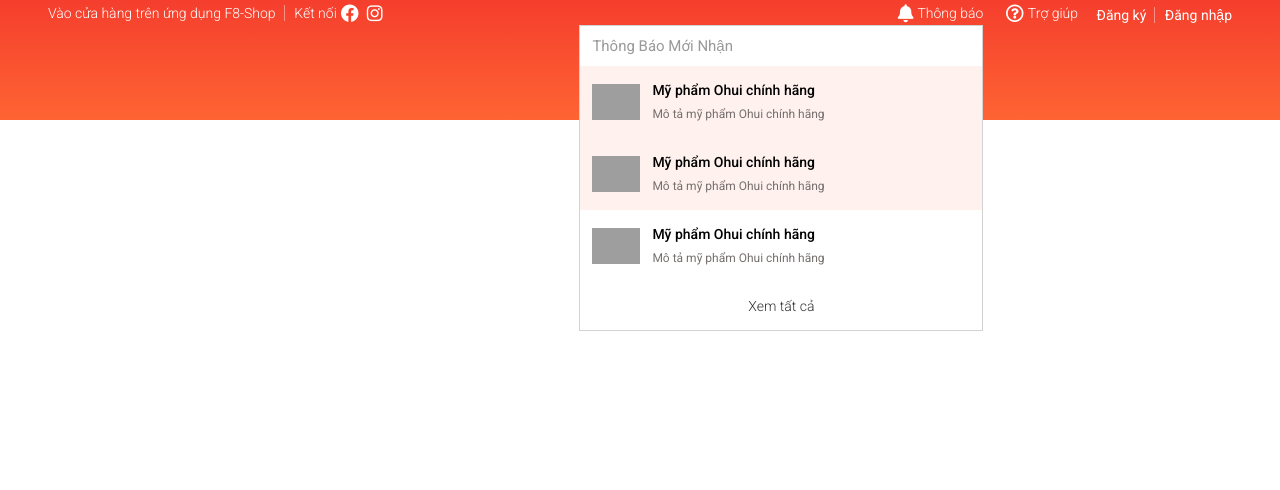
Repository: huynhnhan112/Shopee_Homepage
Page: index.html
These files come from the project's save history. The page is drawn as it stood at one moment and after the next save; the edit follows.
The browser window is 1280 px wide. The pictures show the whole page.
Pictures or frames that could not be fetched are drawn as grey boxes.

Above is the page before, as saved 2021-11-18 23:26:43.

### index.html
<!DOCTYPE html>
<html lang="en">

<head>
    <meta charset="UTF-8">
    <meta http-equiv="X-UA-Compatible" content="IE=edge">
    <meta name="viewport" content="width=device-width, initial-scale=1.0">
    <link rel="stylesheet" href="https://cdnjs.cloudflare.com/ajax/libs/normalize/8.0.1/normalize.min.css"
        integrity="sha512-NhSC1YmyruXifcj/KFRWoC561YpHpc5Jtzgvbuzx5VozKpWvQ+4nXhPdFgmx8xqexRcpAglTj9sIBWINXa8x5w=="
        crossorigin="anonymous" referrerpolicy="no-referrer" />
    <link rel="preconnect" href="https://fonts.googleapis.com">
    <link rel="preconnect" href="https://fonts.gstatic.com" crossorigin>
    <link href="https://fonts.googleapis.com/css2?family=Roboto:wght@100;300;400;500;700&display=swap" rel="stylesheet">
    <link rel="stylesheet" href="./assets/fonts/fontawesome-free-5.15.4/fontawesome-free-5.15.4-web/css/all.min.css">
    <link rel="stylesheet" href="./assets/css/base.css">
    <link rel="stylesheet" href="./assets/css/style.css">
    <title>F8 - Shop</title>
</head>

<body>
    <div class="app">
        <header class="header">
            <div class="grid">
                <nav class="header__navbar">
                    <ul class="header__navbar-list">
                        <li class="header__navbar-item header__navbar-item--qr header__navbar-item--separate">Vào cửa hàng trên ứng dụng F8-Shop
                            <div class="header__qr">
                                <img src="./assets/img/qr_code.png" alt="QR code" class="header__qr-img">
                                <div class="header__qr-apps">
                                    <a href="" class="header__qr-link">
                                        <img src="./assets/img/google_play.png" alt="Google Play" class="header__qr-download">
                                    </a>
                                    <a href="" class="header__qr-link">
                                        <img src="./assets/img/app_store.png" alt="App Store" class="header__qr-download">
                                    </a>
                                </div>
                            </div>
                        </li>
                        <li class="header__navbar-item">
                            <span class="header__navbar-title">Kết nối</span>
                            <a href="#" class="header__navbar-icon-link">
                                <i class="header__navbar-icon fab fa-facebook"></i>
                            </a>
                            <a href="#" class="header__navbar-icon-link">
                                <i class="header__navbar-icon fab fa-instagram"></i>
                            </a>
                        </li>
                    </ul>
                    <ul class="header__navbar-list">
                        <li class="header__navbar-item">
                            <a href="#" class="header__navbar-item-link">
                                <i class="header__navbar-icon fas fa-bell"></i>
                                Thông báo
                            </a>
                            <div class="header__notify">
                                <header class="header__notify-header">
                                    <h3>Thông Báo Mới Nhận</h3>
                                </header>
                                <ul class="header__notify-list">
                                    <li class="header__notify-item header__notify-item--viewed">
                                        <a href="" class="header__notify-link">
                                            <img src="https://img.abaha.vn/photos/origin/83-1586781803-myphamohui-lgvina.png" alt="" class="header__notify-img">
                                            <div class="header__notify-info">
                                                <span class="header__notify-name">Mỹ phẩm Ohui chính hãng</span>
                                                <span class="header__notify-description">Mô tả mỹ phẩm Ohui chính hãng</span>
                                            </div>
                                        </a>
                                    </li>
                                    <li class="header__notify-item header__notify-item--viewed">
                                        <a href="" class="header__notify-link">
                                            <img src="https://img.abaha.vn/photos/origin/83-1586781803-myphamohui-lgvina.png" alt="" class="header__notify-img">
                                            <div class="header__notify-info">
                                                <span class="header__notify-name">Mỹ phẩm Ohui chính hãng</span>
                                                <span class="header__notify-description">Mô tả mỹ phẩm Ohui chính hãng</span>
                                            </div>
                                        </a>
                                    </li>
                                    <li class="header__notify-item">
                                        <a href="" class="header__notify-link">
                                            <img src="https://img.abaha.vn/photos/origin/83-1586781803-myphamohui-lgvina.png" alt="" class="header__notify-img">
                                            <div class="header__notify-info">
                                                <span class="header__notify-name">Mỹ phẩm Ohui chính hãng</span>
                                                <span class="header__notify-description">Mô tả mỹ phẩm Ohui chính hãng</span>
                                            </div>
                                        </a>
                                    </li>
                                </ul>
                                <footer class="header__notify-footer">
                                    <a href="" class="header__notify-footer-btn">Xem tất cả</a>
                                </footer>
                            </div>
                        </li>
                        <li class="header__navbar-item">
                            <a href="#" class="header__navbar-item-link">
                                <i class="header__navbar-icon far fa-question-circle"></i>
                                Trợ giúp
                            </a>
                        </li>
                        <li class="header__navbar-item header__navbar-item--strong header__navbar-item--separate">Đăng
                            ký</li>
                        <li class="header__navbar-item header__navbar-item--strong">Đăng nhập</li>
                    </ul>
                </nav>
            </div>
        </header>

        <div class="container">

        </div>

        <footer class="footer">

        </footer>
    </div>
</body>

</html>

### assets/css/base.css
:root{
    --white-color: #fff;
    --black-color: #000;
    --text-color: #333;
    --primary-color: #ee4d2d;
}

*{
    box-sizing: inherit;
}

html{
    font-size: 62.5%;
    line-height: 1.6rem;
    font-family: 'Roboto', sans-serif;
    box-sizing: border-box;
}

.grid{
    width: 1200px;
    max-width: 100%;
    margin: 0 auto;
}

.grid__full_width{
    width: 100%;
}

.gid__row{
    display: flex;
    flex-wrap: wrap;
}

@keyframes fadeIn {
    from{
        opacity: 0;
    }
    to{
        opacity: 1;
    }
}

### assets/css/style.css
.header{
    height: 120px;
    background-image: linear-gradient(0, #fe6433, #f53e2d);
}

.header__navbar{
    display: flex;
    justify-content: space-between;
    min-height: 26px;
}

.header__navbar-list{
    list-style: none;
    padding-left: 0;
    margin-top: 4px;
}

.header__navbar-item{
    margin: 0 8px;
    position: relative;
}

.header__navbar-item,
.header__navbar-item-link{
    display: inline-block;
    font-size: 1.4rem;
    color: var(--white-color);
    text-decoration: none;
    font-weight: 300;
}

.header__navbar-item,
.header__navbar-item-link,
.header__navbar-icon-link{
    display: inline-flex;
    align-items: center;
}

.header__navbar-item:hover,
.header__navbar-item-link:hover,
.header__navbar-icon-link:hover{
    color: rgba(255,255,255, 0.7);
    cursor: pointer;
}

.header__navbar-item--strong{
    font-weight: 400;
}

.header__navbar-item--separate::after{
    content: '';
    display: block;
    position: absolute;
    border-left: 1px solid #FB9086;
    height: 16px;
    right: -9px;
    top: 50%;
    transform: translateY(-50%);
}

.header__navbar-icon-link{
    color: var(--white-color);
    text-decoration: none;
}

.header__navbar-icon{
    font-size: 1.8rem;
    margin: 0 4px;
}

.header__navbar-title{
    cursor: text;
    color: var(--white-color);
}

/* Header QR Code */
.header__qr{
    background-color: var(--white-color);
    width: 186px;
    position: absolute;
    left: 0;
    top: 160%;
    padding: 8px;
    border-radius: 2px;
    display: none;
    animation: fadeIn ease-in-out 0.3s;
}

.header__qr::before{
    content: '';
    position: absolute;
    display: block;
    width: 100%;
    height: 20px;
    top: -16px;
    left: 0;
}

.header__navbar-item--qr:hover .header__qr{
    display: block;
}

.header__qr-img{
    width: 100%;
}

.header__qr-apps{
    display: flex;
    justify-content: space-between;
}

.header__qr-link:first-child{
    margin-left: 11px;
}

.header__qr-link:last-child{
    margin-right: 11px;
}

.header__qr-download{
    height: 15px;
}

/* Header Notifycation */
.header__notify{
    position: absolute;
    top: 118%;
    right: 0;
    width: 404px;
    border: 1px solid #d3d3d3;
    background-color: var(--white-color);
}

.header__notify-header{
    height: 40px;
    background-color: var(--white-color);
}

.header__notify-header h3{
    color: #999;
    margin: 0 0 0 12px;
    font-weight: 400;
    font-size: 1.5rem;
    line-height: 40px;
}

.header__notify-list{
    padding-left: 0;
}

.header__notify-item{
    display: flex;
}

.header__notify-item:hover{
    background-color: #f7f7f7;
}

.header__notify-item--viewed{
    background-color: rgba(238,75,43,0.08);
}

.header__notify-link{
    display: flex;
    width: 100%;
    padding: 12px;
    text-decoration: none;
}

.header__notify-img{
    width: 48px;
    object-fit: contain;
}

.header__notify-info{
    margin-left: 1.2rem;
    line-height: 2.4rem;
}

.header__notify-name{
    display: block;
    font-size: 1.4rem;
    color: var(--black-color);
    font-weight: 500;
}

.header__notify-description{
    display: block;
    font-size: 1.2rem;
    color: #756f6e;
    font-weight: 400;
}

.header__notify-footer{
    text-align: center;
}

.header__notify-footer-btn{
    text-decoration: none;
    color: var(--text-color);
    padding: 16px;
    display: block;
}

Loaded but not shown: assets/fonts/fontawesome-free-5.15.4/fontawesome-free-5.15.4-web/css/all.min.css (library)

After the next save:
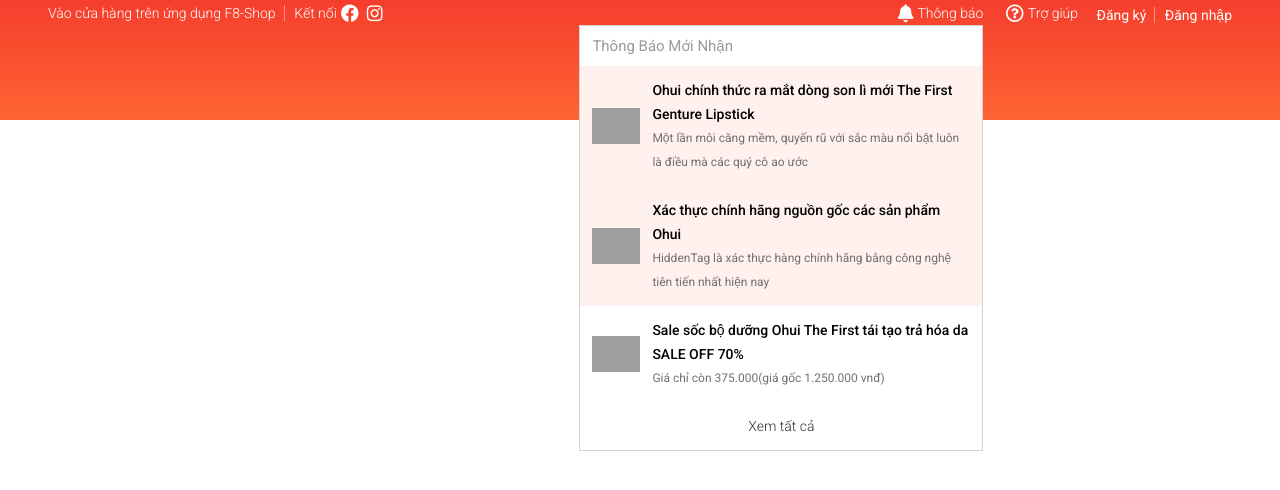
Saved 11 h 35 min later.
--- a/index.html
+++ b/index.html
@@ -61,8 +61,8 @@
                                         <a href="" class="header__notify-link">
                                             <img src="https://img.abaha.vn/photos/origin/83-1586781803-myphamohui-lgvina.png" alt="" class="header__notify-img">
                                             <div class="header__notify-info">
-                                                <span class="header__notify-name">Mỹ phẩm Ohui chính hãng</span>
-                                                <span class="header__notify-description">Mô tả mỹ phẩm Ohui chính hãng</span>
+                                                <span class="header__notify-name">Ohui chính thức ra mắt dòng son lì mới The First Genture Lipstick</span>
+                                                <span class="header__notify-description">Một lần môi căng mềm, quyến rũ với sắc màu nổi bật luôn là điều mà các quý cô ao ước</span>
                                             </div>
                                         </a>
                                     </li>
@@ -70,8 +70,8 @@
                                         <a href="" class="header__notify-link">
                                             <img src="https://img.abaha.vn/photos/origin/83-1586781803-myphamohui-lgvina.png" alt="" class="header__notify-img">
                                             <div class="header__notify-info">
-                                                <span class="header__notify-name">Mỹ phẩm Ohui chính hãng</span>
-                                                <span class="header__notify-description">Mô tả mỹ phẩm Ohui chính hãng</span>
+                                                <span class="header__notify-name">Xác thực chính hãng nguồn gốc các sản phẩm Ohui</span>
+                                                <span class="header__notify-description">HiddenTag là xác thực hàng chính hãng bằng công nghệ tiên tiến nhất hiện nay</span>
                                             </div>
                                         </a>
                                     </li>
@@ -79,8 +79,8 @@
                                         <a href="" class="header__notify-link">
                                             <img src="https://img.abaha.vn/photos/origin/83-1586781803-myphamohui-lgvina.png" alt="" class="header__notify-img">
                                             <div class="header__notify-info">
-                                                <span class="header__notify-name">Mỹ phẩm Ohui chính hãng</span>
-                                                <span class="header__notify-description">Mô tả mỹ phẩm Ohui chính hãng</span>
+                                                <span class="header__notify-name">Sale sốc bộ dưỡng Ohui The First tái tạo trả hóa da SALE OFF 70%</span>
+                                                <span class="header__notify-description">Giá chỉ còn 375.000(giá gốc 1.250.000 vnđ)</span>
                                             </div>
                                         </a>
                                     </li>
